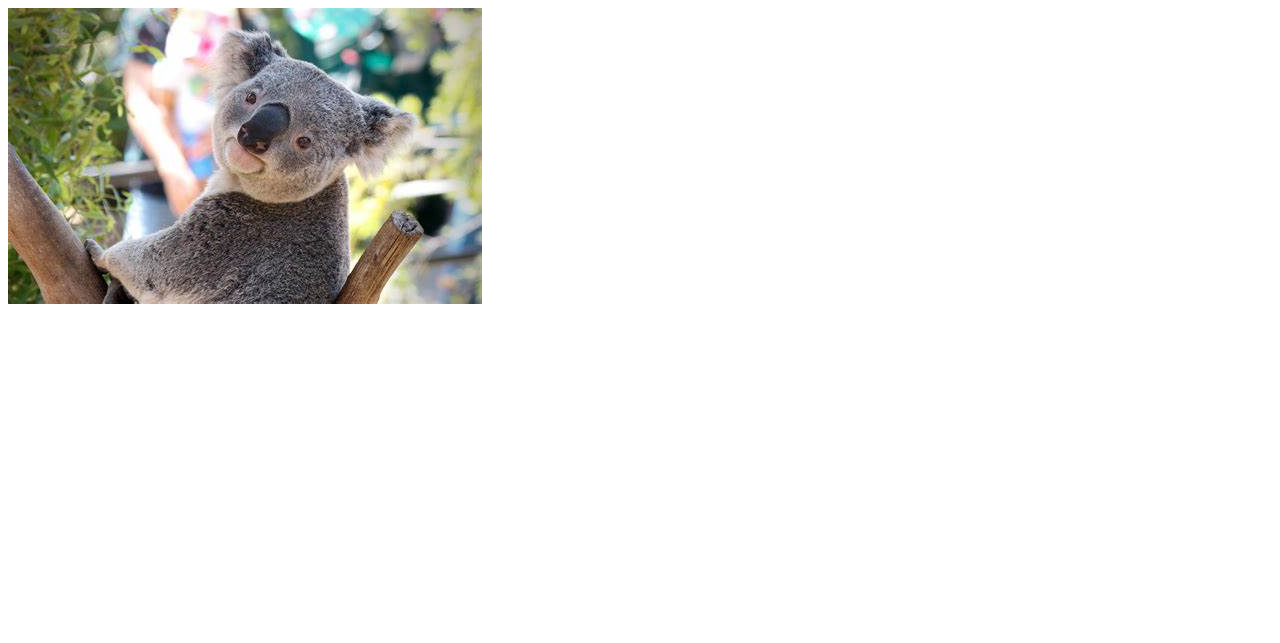
Repository: sangah-park98/jsp-class
Page: k20230503_1_html/src/main/webapp/17_img.html
These files come from the project's save history. The page is drawn as it stood at one moment and after the next save; the edit follows.
The browser window is 1280 px wide. The pictures show the whole page.

Above is the page before, as saved 2023-05-03 08:16:38.

### k20230503_1_html/src/main/webapp/17_img.html
<!DOCTYPE html>
<html>
<head>
<meta charset="UTF-8">
<title>이미지</title>
</head>
<body>

<!--
	<img> 태그는 문서에 이미지를 넣는다.
	src(필수): 이미지 파일의 위치(경로 및 파일명, url)를 지정한다.
	alt
	width
	height
	title
-->

<img alt="이미지가 표시되지 않으면 나타낼 대체 텍스트" src="./images/OIP.jpg"/>

</body>
</html>

After the next save:
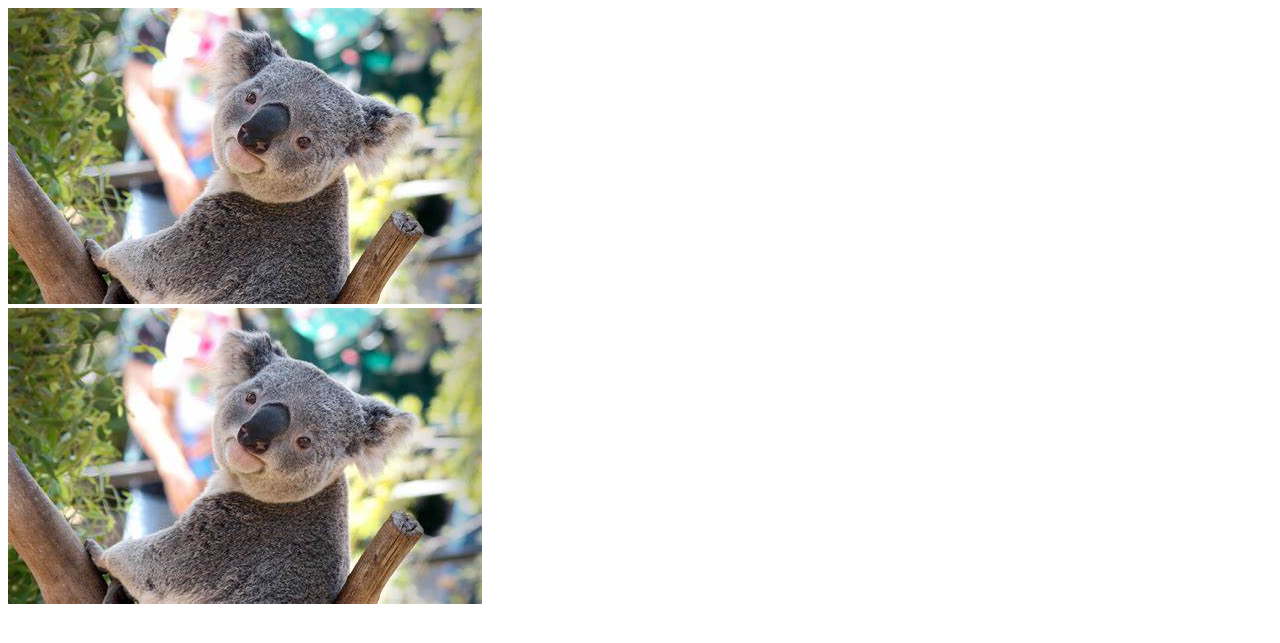
Saved 40 s later.
--- a/k20230503_1_html/src/main/webapp/17_img.html
+++ b/k20230503_1_html/src/main/webapp/17_img.html
@@ -15,6 +15,7 @@
 	title
 -->
 
+<img alt="이미지가 표시되지 않으면 나타낼 대체 텍스트" src="./images/OIP.jpg"/><br/>
 <img alt="이미지가 표시되지 않으면 나타낼 대체 텍스트" src="./images/OIP.jpg"/>
 
 </body>
